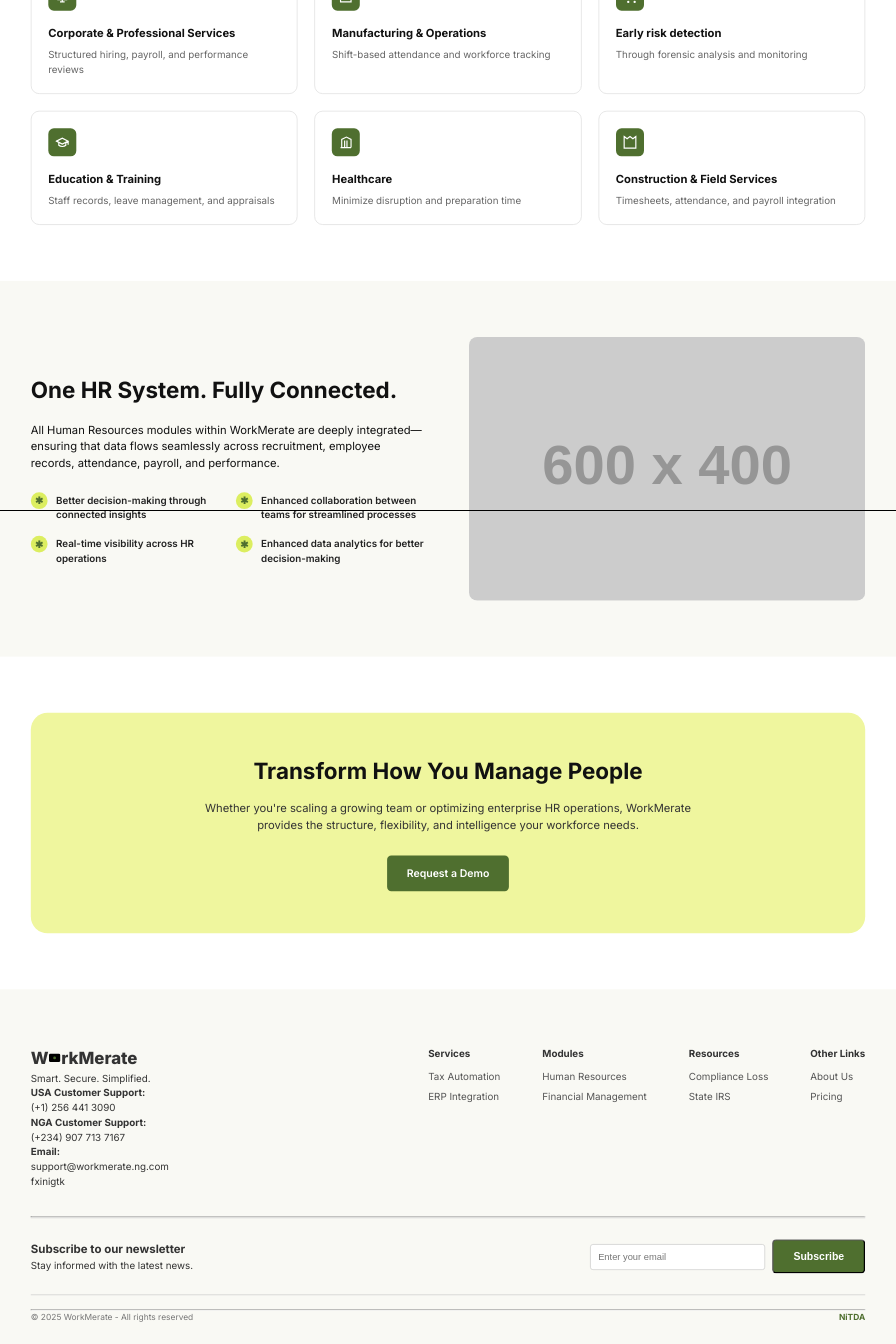
Repository: Opawumi/work_merate
Page: hr.html
The author's editor kept a copy of each file at every save. The page is drawn from the files as they stood at one save, then again after a run of saves.
The browser window is 1280 px wide. The pictures show the part of the page from y = 2176 to 4096 px (the page is 4096 px tall before and 4074 px after), at 70% of full size.

Above is the page before, as saved 2026-02-02 19:28:26.

After the next 5 saves:
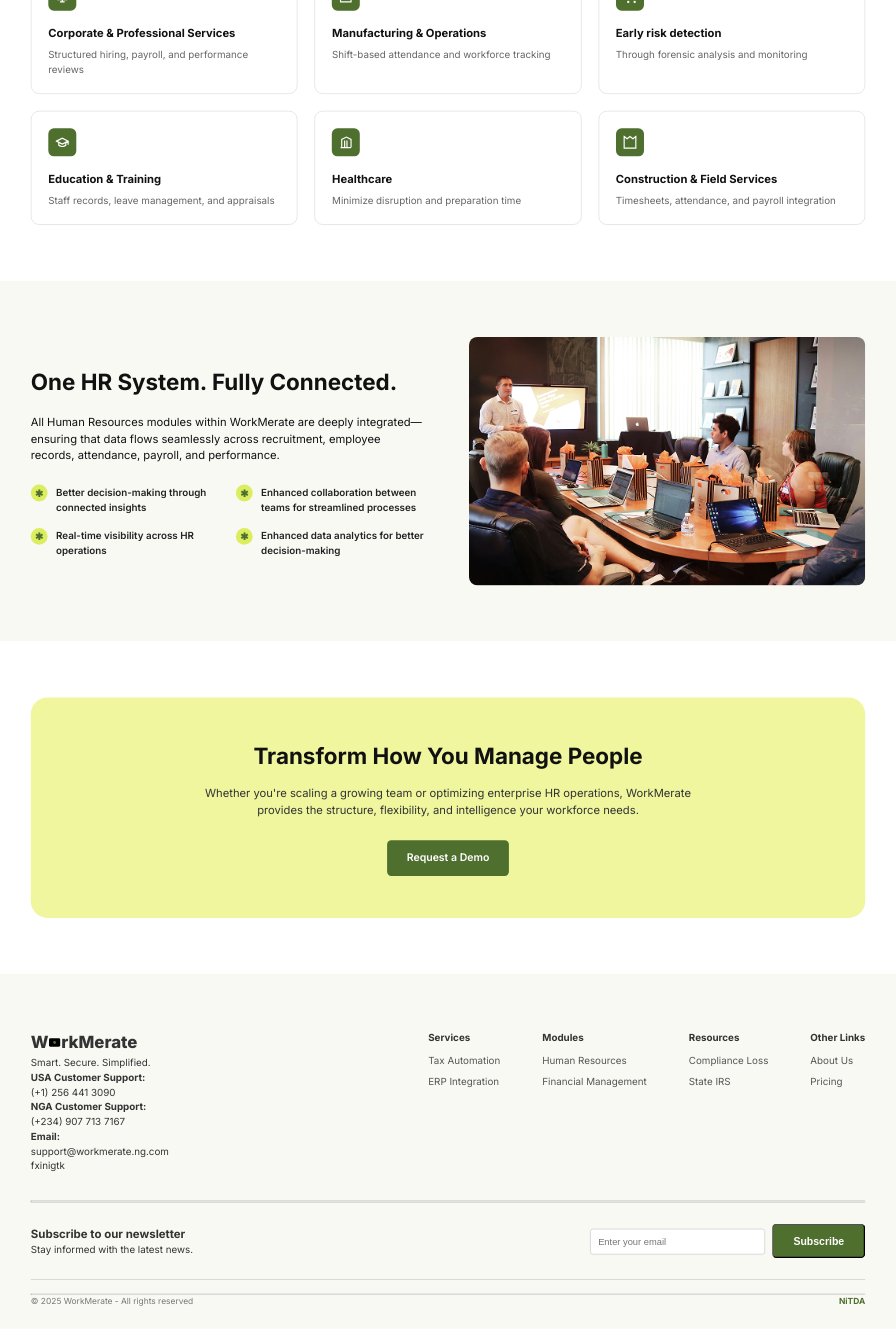
The 5 saves are shown as one change because they came seconds apart.
The last was saved 113 s later.
--- a/hr.html
+++ b/hr.html
@@ -176,7 +176,7 @@
         <div class="container">
             <div class="equal-height-row reverse">
                 <div class="image-content">
-                    <img src="https://placehold.co/600x400/eeeeee/999999?text=Team+Meeting" alt="HR Meeting">
+                    <img src="./assets/hr-two.png" alt="HR Meeting">
                 </div>
                 <div class="text-content">
                     <h2>One HR System. Fully Connected.</h2>
